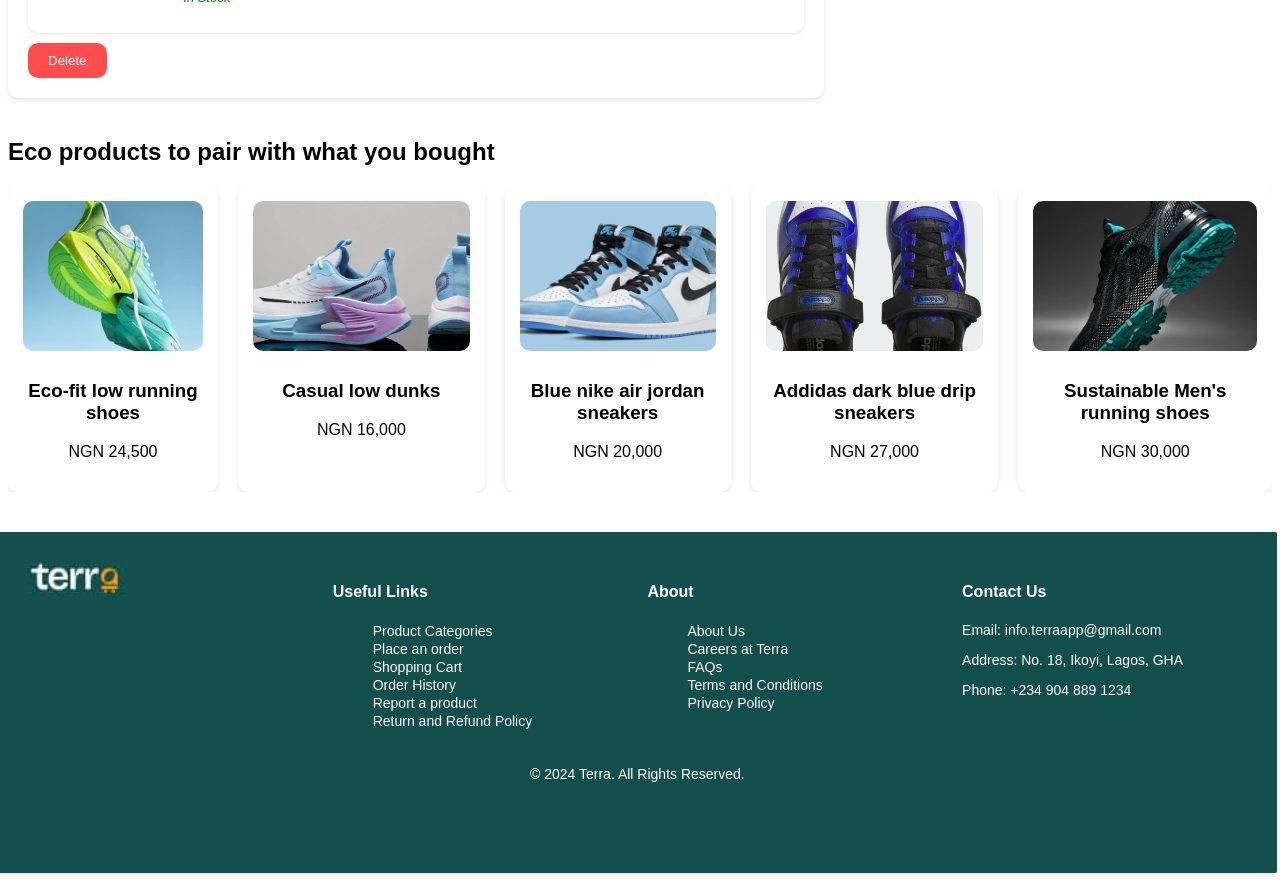
Repository: Femi007-gh/e-commerce
Page: index.html
These files come from the project's save history. The page is drawn as it stood at one moment and after the next save; the edit follows.
The browser window is 1280 px wide. The pictures show the part of the page from y = 1198 to 2150 px (the page is 2079 px tall before and 2150 px after).
A picture or video elsewhere on the page could not be fetched, so the positions and the page height are approximate.

Above is the page before, as saved 2025-04-29 12:19:51.

After the next save:
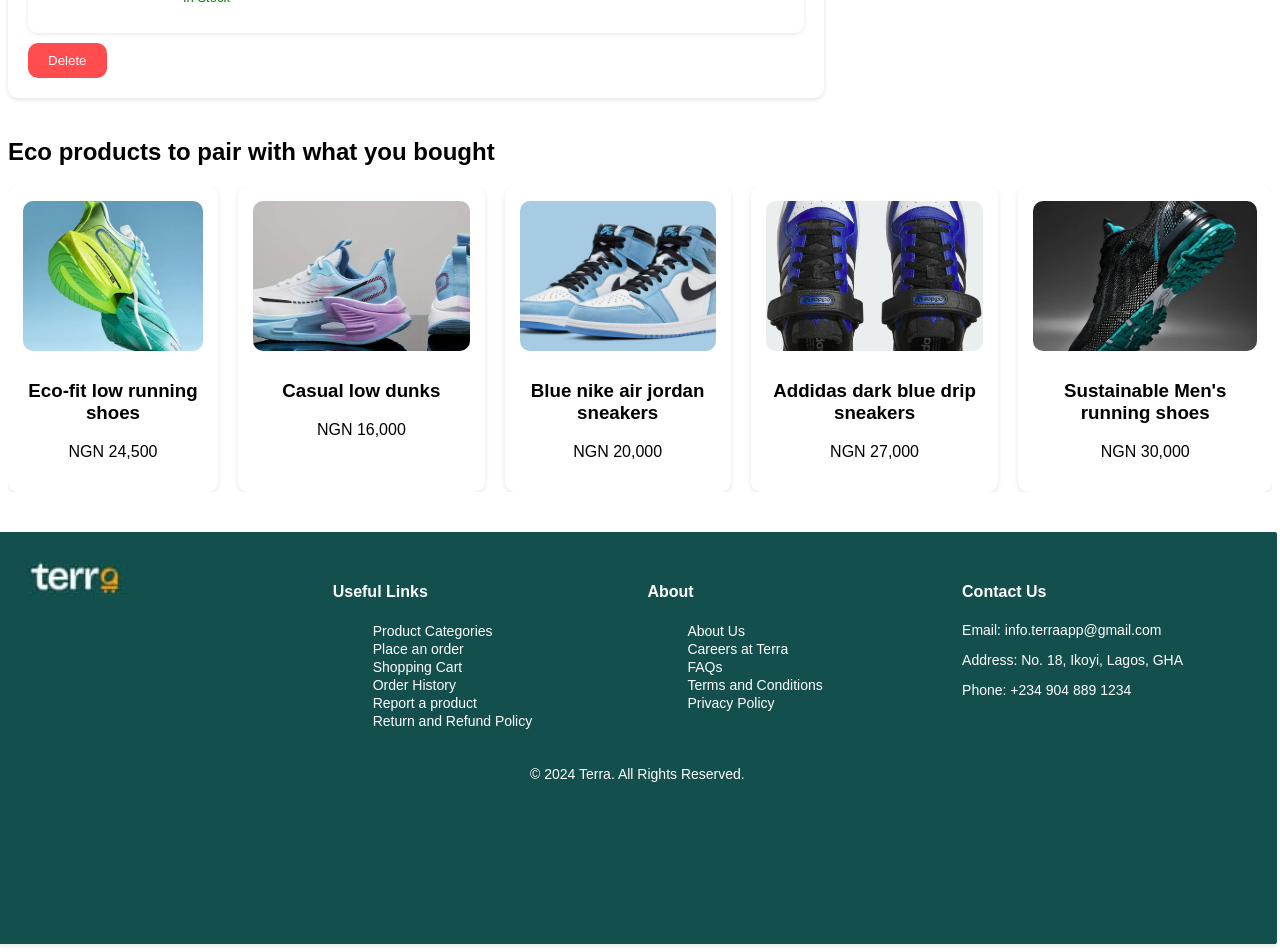
Saved 7 s later.
--- a/style.css
+++ b/style.css
@@ -304,7 +304,7 @@
   box-shadow: 0 2px 5px rgba(0,0,0,0.1);
   width: 98%;
   margin-left: -10px;
-  height: 40%;
+  height: 50%;
 }
 
 .footer-top {
